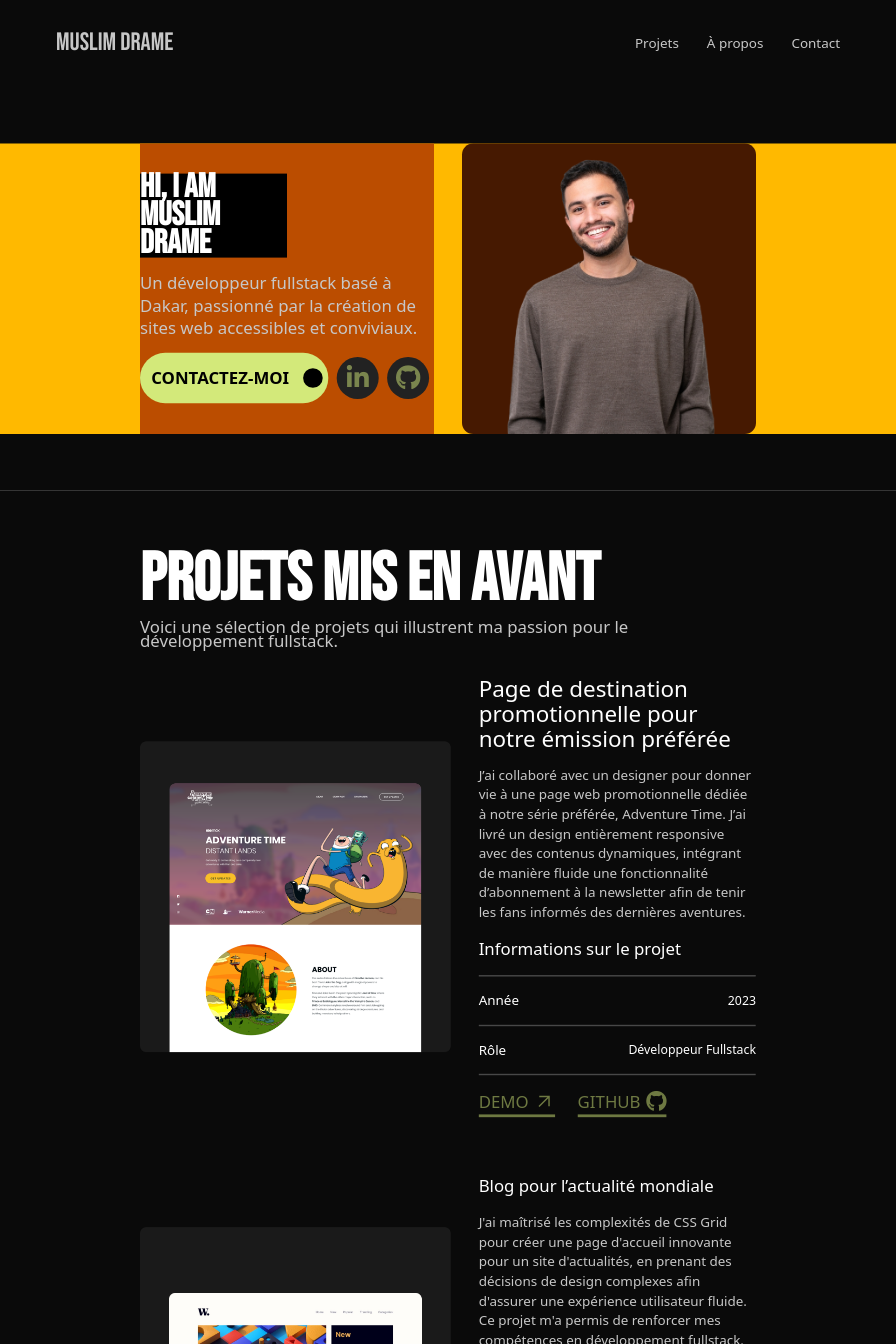
Repository: muslimdrame37-oss/Portfolio1
Page: src/index.html
These files come from the project's save history. The page is drawn as it stood at one moment and after the next save; the edit follows.
The browser window is 1280 px wide. The pictures show the part of the page from y = 0 to 1920 px (the page is 4508 px tall before and 4541 px after), at 70% of full size.
Some web fonts or font styles are not loaded; a fallback is used. Some web libraries are served in a nearby version.

Above is the page before, as saved 2026-02-11 20:32:42.

After the next save:
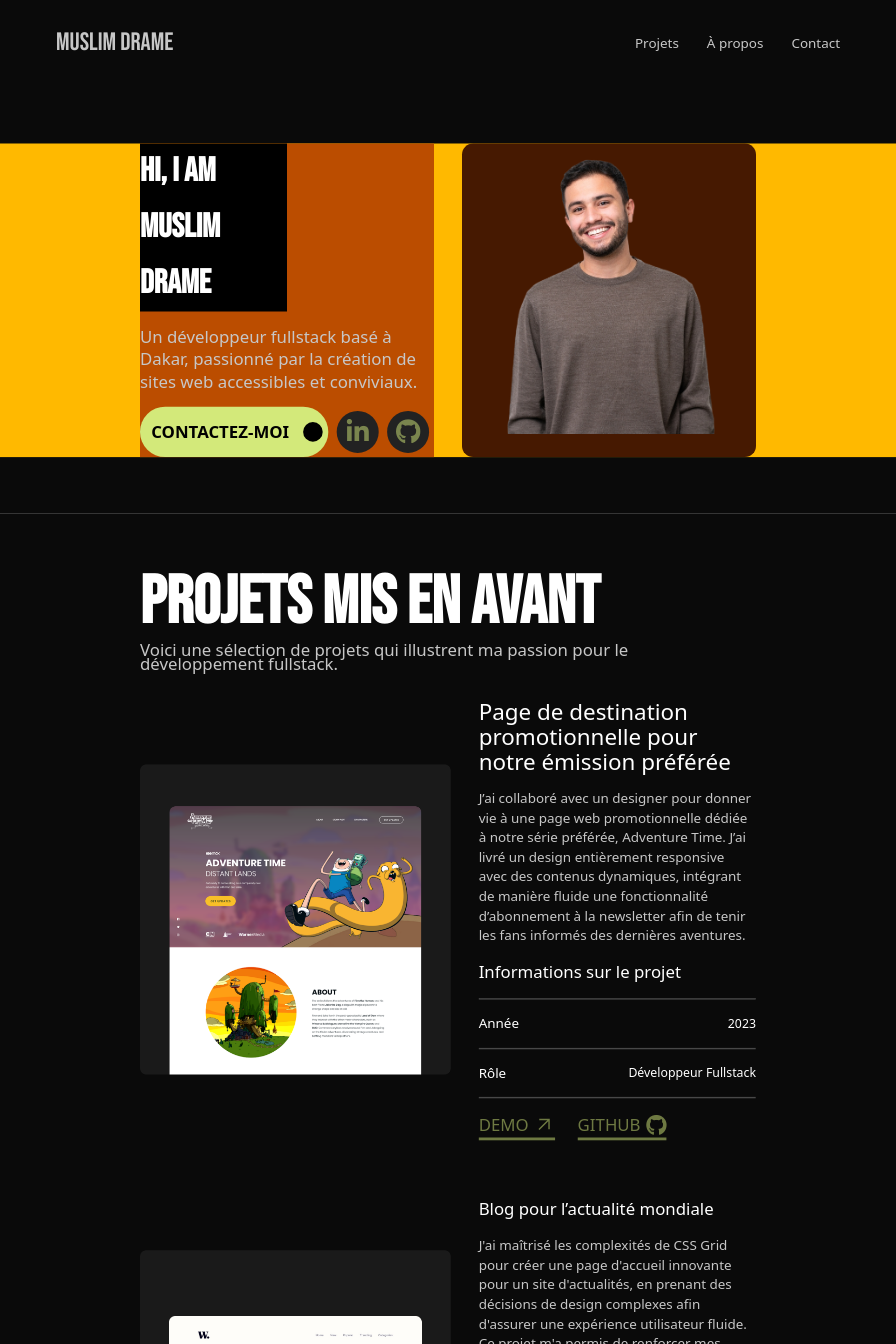
Saved 4 s later.
--- a/src/index.html
+++ b/src/index.html
@@ -46,7 +46,7 @@
         <section class="px-5 mt-20 flex flex-col justify-between gap-10 lg:flex-row lg:px-50 bg-amber-400" aria-label="Section d'accueil">
             <!-- Contenu texte -->
             <div class="flex flex-col gap-5 justify-center lg:w-1/2 bg-amber-700">
-                <h2 class="text-white text-[3rem] font-bebas lg:text-[5rem] lg:font-bold lg:leading-10 leading-15 lg:w-1/2 bg-black">HI, I AM MUSLIM DRAME</h2>
+                <h2 class="text-white text-[3rem] font-bebas lg:text-[5rem] lg:font-bold lg:leading-20 leading-15 lg:w-1/2 bg-black">HI, I AM MUSLIM DRAME</h2>
                 <p class="text-1xl text-[#C7C7C7] lg:text-2xl">
                     Un développeur fullstack basé à Dakar, passionné par la création de sites web accessibles et conviviaux.
                 </p>
